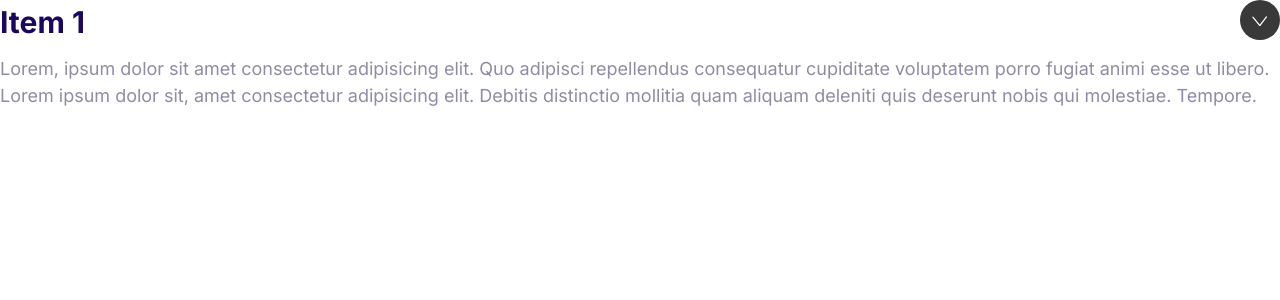
Repository: Qiwenweiii/CodeWithMosh
Page: index.html
An editor plug-in stored every save of this project. The page is shown before and after the next save, followed by the edit.
The browser window is 1280 px wide. The pictures show the whole page.

Above is the page before, as saved 2021-11-15 21:23:40.

### index.html
<!DOCTYPE html>
<html>
  <head>
    <title>CodeWithMosh</title>
    <meta charset="UTF-8" />

    <link rel="preconnect" href="https://fonts.googleapis.com" />
    <link rel="preconnect" href="https://fonts.gstatic.com" crossorigin />
    <link
      href="https://fonts.googleapis.com/css2?family=Inter:wght@400;600;700&display=swap"
      rel="stylesheet"
    />

    <link rel="stylesheet" href="./styles/normalize.css" />
    <link rel="stylesheet" href="./styles/styles.css" />
  </head>

  <body>
    <div class="collapsible collapsible--expanded">
      <header class="collapsible__header">
        <h2 class="collapsible__heading">Item 1</h2>
        <svg class="icon icon--white collapsible__chevron">
          <use xlink:href="images/sprite.svg#chevron"></use>
        </svg>
      </header>
      <div class="collapsible__content">
        Lorem, ipsum dolor sit amet consectetur adipisicing elit. Quo adipisci
        repellendus consequatur cupiditate voluptatem porro fugiat animi esse ut
        libero.
      </div>
      <p>Lorem ipsum dolor sit, amet consectetur adipisicing elit. Debitis distinctio mollitia quam aliquam deleniti quis deserunt nobis qui molestiae. Tempore.</p>
    </div>
  </body>
  <script src="./js/main.js"></script>
</html>

### styles/styles.css
:root {
  /* 定义配色变量 */
  /* 主体配色 */
  --color-primary: #2584ff;
  --color-secondary: #00d9ff;
  --color-accent: #ff3400;
  /* 文本配色 */
  --color-headings: #1b0760;
  --color-body: #918ca4;
  --color-body-darker: #5c5577;
  --color-border: #ccc;
  --border-radius: 30px;
}

*,
*::before,
*::after {
  box-sizing: border-box;
}

/* 字体配置 */

/* 设置默认字体大小 */

html {
  /* 默认字体大小是16px，62.5%是10px */
  font-size: 62.5%;
}

/* 设置字体，字体大小和文本颜色 */

body {
  font-family: Inter, Arial, Helvetica, sans-serif;
  color: var(--color-body);
  font-size: 2.4rem;
  line-height: 1.5;
}

h1,
h2,
h3 {
  color: var(--color-headings);
  margin-bottom: 1rem;
}

h1 {
  font-size: 7rem;
}

h2 {
  font-size: 4rem;
}

h3 {
  font-size: 3rem;
}

p {
  margin-top: 0;
}

/* PC端页面字体大小 */

@media screen and (min-width: 1024px) {
  body {
    font-size: 1.8rem;
  }
  h1 {
    font-size: 8rem;
  }
  h3 {
    font-size: 2.4rem;
  }
}

/* 链接配置,Links */

a {
  text-decoration: none;
}

.link-arrow {
  color: var(--color-accent);
  text-transform: uppercase;
  font-size: 2rem;
  font-weight: bold;
}

.link-arrow::after {
  content: "-->";
  margin-left: 5px;
  transition: margin 0.15s;
}

.link-arrow:hover::after {
  margin-left: 10px;
}

@media screen and (min-width: 1024px) {
  .link-arrow {
    font-size: 1.5rem;
  }
}

/* 标签的样式 */

/* 结构 */

.badge {
  border-radius: 20px;
  padding: 0.5rem 2rem;
  font-weight: 600;
  font-size: 2rem;
  white-space: nowrap;
}

/* 外观，常规标签 */

.badge--primary {
  background: var(--color-primary);
  color: #fff;
}

.badge--secondary {
  background: var(--color-secondary);
  color: #fff;
}

/* 小标签 */

.badge--small {
  font-size: 1.6rem;
  padding: 0.5rem 1.5rem;
}

@media screen and (min-width: 1024px) {
  .badge {
    font-size: 1.5rem;
  }
  .badge--small {
    font-size: 1.2rem;
  }
}

/* 列表 */

.list {
  list-style: none;
  padding-left: 0;
  color: var(--color-headings);
}

.list--inline .list__item {
  display: inline-block;
  margin-right: 2rem;
}

.list--tick {
  padding-left: 3rem;
  list-style-image: url(../images/tick.svg);
}

.list--tick .list__item {
  padding-left: 0.5rem;
  margin-bottom: 1rem;
}

@media screen and (min-width: 1024px) {
  .list--tick .list__item {
    padding-left: 0;
  }
}

/* Icon，图标 */

.icon-container {
  display: flex;
  justify-content: center;
  align-items: center;
  background: #f3f9fa;
  width: 64px;
  height: 64px;
  border-radius: 100%;
}

.icon-container--accent {
  background: var(--color-accent);
}

.icon {
  width: 40px;
  height: 40px;
}

.icon--small {
  width: 30px;
  height: 30px;
}

.icon--primary {
  fill: var(--color-primary);
}

.icon--white {
  fill: #fff;
}

/* 按钮组件 */

.btn {
  font-size: 1.8rem;
  font-weight: 600;
  text-transform: uppercase;
  text-align: center;
  padding: 2rem 3rem;
  margin: 1rem 0;
  border: 0;
  border-radius: 40px;
  cursor: pointer;
  white-space: nowrap;
}

.btn--primary {
  background-color: var(--color-primary);
  color: #fff;
}

.btn--primary:hover {
  background-color: #3a8ffd;
}

.btn--secondary {
  background-color: var(--color-secondary);
  color: #fff;
}

.btn--secondary:hover {
  background-color: #00c8eb;
}

.btn--accent {
  background-color: var(--color-accent);
  color: #fff;
}

.btn--accent:hover {
  background-color: #ec3000;
}

.btn--outline {
  background-color: #fff;
  color: var(--color-headings);
  border: 2px solid var(--color-headings);
}

.btn--outline:hover {
  background-color: var(--color-headings);
  color: #fff;
}

.btn--long {
  padding-left: 6rem;
  padding-right: 6rem;
}

.btn--block {
  width: 100%;
  display: inline-block;
}

@media screen and (min-width: 1024px) {
  .btn {
    font-size: 1.5rem;
  }
}

/* 输入框组件 */

.input {
  padding: 1.5rem 3.5rem;
  border: 1px solid var(--color-border);
  border-radius: var(--border-radius);
  outline: none;
  color: var(--color-headings);
  font-size: 2rem;
}

::placeholder {
  color: #cdcdb7;
}

.input-group {
  display: flex;
  border: 1px solid var(--color-border);
  border-radius: var(--border-radius);
}

.input-group .input {
  border: 0;
  flex-grow: 1;
  /* 按钮在左侧时，或者左侧有其他内容时新增这一句 */
  /* padding: 1.5rem 1rem; */
}

.input-group .btn {
  margin: 4px;
}

@media screen and (min-width: 1024px) {
  .input {
    font-size: 1.5rem;
  }
}

/* 卡片模块 */

.card {
  border-radius: 7px;
  box-shadow: 0 0 20px 10px #f3f3f3;
  overflow: hidden;
}

.card__header,
.card__body {
  padding: 2rem 3rem;
}

.card--primary .card__header {
  background-color: var(--color-primary);
  color: #fff;
}

.card--secondary .card__header {
  background-color: var(--color-secondary);
  color: #fff;
}

.card--primary .badge--primary {
  background-color: #005ed8;
}

.card--secondary .badge--secondary {
  background-color: #02cdf1;
}

/* Plans，订阅组件 */

.plan__name {
  color: #fff;
  margin: 0;
  font-size: 2.4rem;
  font-weight: 500;
}

.plan__price {
  font-size: 6rem;
}

.plan__billing-cycle {
  font-size: 2.4rem;
  font-weight: 300;
  opacity: 0.8;
  margin-right: 1rem;
}

.plan__description {
  display: block;
  font-size: 2rem;
  font-weight: 300;
  letter-spacing: 1px;
}

.plan .list__item {
  margin-bottom: 2rem;
}

/* 热门卡片 */
/* 相对于plan进行定位，则不受hidden的影响 */
.plan--popular {
  position: relative;
}

.plan--popular .card__header::before {
  content: url(../images/popular.svg);
  position: absolute;
  top: -5px;
  right: 5%;
  width: 40px;
  display: inline-block;
}

@media screen and (min-width: 1024px) {
  .plan__name {
    font-size: 1.4rem;
  }
  .paln__price {
    font-size: 5rem;
  }
  .plan__billing-cycle {
    font-size: 1.6rem;
  }
  .plan__description {
    font-size: 1.7rem;
  }
}

/* Media，媒体组件 */
.media {
  display: flex;
}

.media__image {
  margin-top: 1rem;
}

.media__body {
  margin: 0 2rem;
}

.media__title {
  margin-top: 0;
}

/* Quote，引言组件 */
.quote {
  font-size: 3rem;
  font-style: italic;
  color: var(--color-body-darker);
  line-height: 1.3;
}

.quote__text::before {
  content: '"';
}
.quote__text::after {
  content: '"';
}

.quote__line {
  position: relative;
  bottom: 10px;
}

.quote__author {
  font-size: 3rem;
  font-weight: 500;
  font-style: normal;
  margin-bottom: 0;
}

.quote__organization {
  color: var(--color-headings);
  opacity: 0.4;
  font-size: 2rem;
  font-style: normal;
}

@media screen and (min-width: 1024px) {
  .quote {
    font-size: 2rem;
  }
  .quote__author {
    font-size: 2.4rem;
  }
  .quote__organization {
    font-size: 1.6rem;
  }
}

/* Grid，网格组件 */
.grid {
  display: grid;
}

/* ipad设备 */
@media screen and (min-width: 768px) {
  .grid--1x2 {
    grid-template-columns: 1fr 1fr;
  }
}
/* 笔记本电脑或电脑 */
@media screen and (min-width: 1024px) {
  .grid--1x3 {
    grid-template-columns: 1fr 1fr 1fr;
  }
}

/* testimonial，推荐模块 */
.testimonial {
  padding: 3rem;
}

.testimonial__image {
  position: relative;
}

.testimonial__image > img {
  width: 100%;
}

.testimonial__image > .icon-container {
  position: absolute;
  top: 1.5rem;
  right: -32px;
}

@media screen and (min-width: 768px) {
  .testimonial .quote,
  .testimonial .quote__author {
    font-size: 2.4rem;
  }

  .testimonial .quote {
    margin-left: 6rem;
  }
}

/* Callouts，标注模块 */
.callout {
  padding: 4rem;
  border-radius: 5px;
}

.callout--primary {
  background-color: var(--color-primary);
  color: #fff;
}

.callout__content {
  text-align: center;
}

.callout__heading {
  color: #fff;
  margin-top: 0;
  font-size: 3rem;
}

.callout .btn {
  align-self: center;
  justify-self: center;
}

@media screen and (min-width: 768px) {
  .callout .grid--1x2 {
    grid-template-columns: 1fr auto;
  }
  .callout__content {
    text-align: left;
  }

  .callout .btn {
    justify-self: start;
    margin: 0 2rem;
  }
}

/* Collapsible */

.collapsible__header {
  display: flex;
  justify-content: space-between;
}

.collapsible__heading {
  margin-top: 0;
  font-size: 3rem;
}

.collapsible__chevron {
  transform: rotate(-90deg);
  transition: all .3s ease-in-out;
}

.collapsible--expanded .collapsible__chevron {
  transform: rotate(0);
}

.collapsible__content {
  /* display: none; */
  visibility: none;
  opacity: 0;
  transition: all .3s ease-in-out;
}

.collapsible--expanded .collapsible__content {
  /* display: block; */
  opacity: 1;
}

### js/main.js
const collapsibles = document.querySelectorAll(".collapsible");
collapsibles.forEach((item) => {
  item.addEventListener("click", function () {
    this.classList.toggle("collapsible--expanded");
  });
});

Loaded but not shown: styles/normalize.css (library)

After the next save:
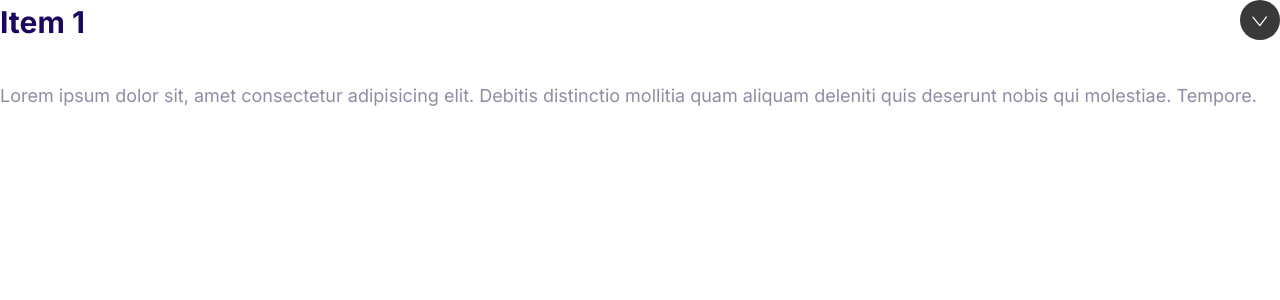
Saved 12 s later.
--- a/styles/styles.css
+++ b/styles/styles.css
@@ -578,7 +578,7 @@
 
 .collapsible__content {
   /* display: none; */
-  visibility: none;
+  visibility: hidden;
   opacity: 0;
   transition: all .3s ease-in-out;
 }

After the save that followed:
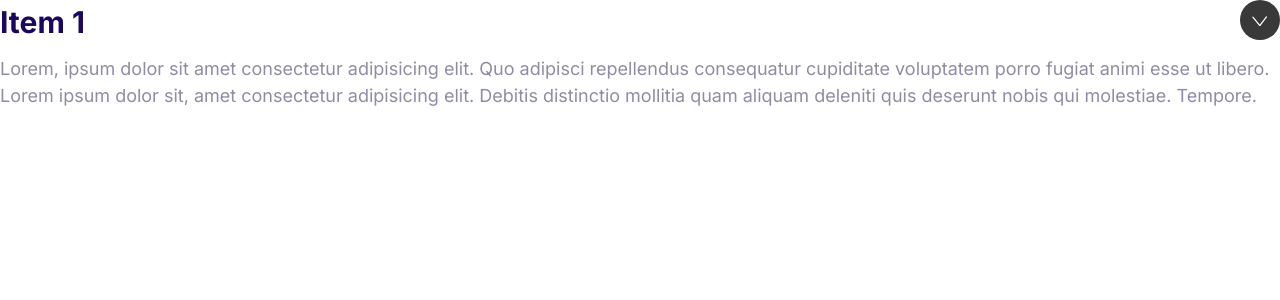
Saved 9 s later.
--- a/styles/styles.css
+++ b/styles/styles.css
@@ -577,13 +577,12 @@
 }
 
 .collapsible__content {
-  /* display: none; */
-  visibility: hidden;
+  display: none;
   opacity: 0;
   transition: all .3s ease-in-out;
 }
 
 .collapsible--expanded .collapsible__content {
-  /* display: block; */
+  display: block;
   opacity: 1;
 }
